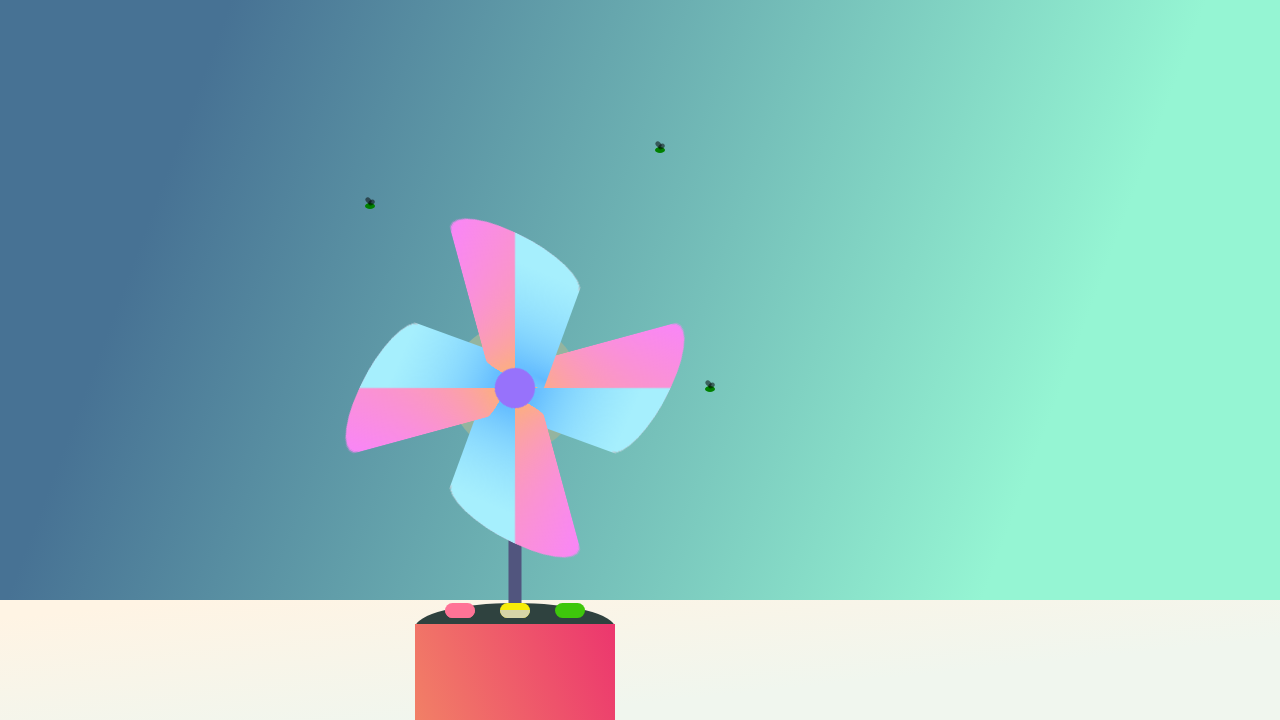
Repository: VuTuanAnh0949/CodeFan
Page: dsd.html
The author's editor kept a copy of each file at every save. The page is drawn from the files as they stood at one save, then again after the next save.
The browser window is 1280 px wide. The pictures show the whole page.

Above is the page before, as saved 2022-06-22 12:50:13.

### dsd.html
<!DOCTYPE html>
<html lang="en">
<head>
    <meta charset="UTF-8">
    <meta http-equiv="X-UA-Compatible" content="IE=edge">
    <meta name="viewport" content="width=device-width, initial-scale=1.0">
    <title>Document</title>
    <link rel="stylesheet" href="style.css">
</head>
<body>
    <audio  autoplay>
        <source src="ChillTikTok.mp3" type="audio/mpeg">
      </audio>
    <div class="windows">
        <div class="window"></div>

    </div>
    <div class="fan">
        <div class="fan__root"> <span class="top"> <label class="green" for="engine"></label> <label class="yellow"
                    for="engine2"></label> <label class="pink" for="jack"></label> </span> <span class="bottom"></span>
        </div>
        <div class="fan__staddle"></div> <input type="checkbox" id="jack" hidden />
        <div class="head">
            <div class="fan__engine"> <span class="center"></span> </div> <input type="checkbox" id="engine" hidden
                checked />
            <div> <span class="fly"></span> <span class="fly"></span> <span class="fly"></span>
                <div class="fan__blades"> <input type="checkbox" id="engine2" hidden checked />
                    <div class="fan__blades">
                        <div class="center"></div>
                        <div class="blade"><span></span></div>
                        <div class="blade"><span></span></div>
                        <div class="blade"><span></span></div>
                        <div class="blade"><span></span></div>
                    </div>
                </div>
            </div>
        </div>
    </div>

</body>
</html>

### style.css
html {
    overflow: hidden;
}

body {
    overflow: hidden;
    margin: 0;
    padding: 0;
    background-image: linear-gradient( 110.5deg,  rgba(71,114,148,1) 14.9%, rgba(149,245,211,1) 77.9% );
    display: flex;
    justify-content: center;
    align-items: center;
    width: 100vw;
    height: 100vh;
    position: relative;
}
audio{
    z-index: 10;
   padding-right:100px;
    margin-right: 40px;
}
body::after {
    position: absolute;
    width: 100%;
    content: "";
    height: calc(100% - 600px);
    z-index: 0;
    background-image: linear-gradient( 174.2deg,  rgba(255,244,228,1) 7.1%, rgba(240,246,238,1) 67.4% );
    bottom: 0;
}
@keyframes spin {
    from {
        transform: rotate(0deg);
    }

    to {
        transform: rotate(360deg);
    }
}

@keyframes off {
    to {
        transform: rotate(380deg);
    }
}

@keyframes off2 {
    to {
        transform: rotate(880deg);
    }
}

@keyframes fly {
    to {
        margin-top: 50px;
    }
}

span {
    display: block;
}

.windows {
    width: 100vw;
    height: 100vh;
    position: absolute;
    z-index: 0;
    top: 0;
    left: 0;
    display: flex;
    align-content: flex-start;
}


.fly {
    transition: 0.5s all cubic-bezier(0.04, 0.06, 0, 1.18), 1s transform;
    width: 10px;
    height: 6px;
    background: green;
    border-radius: 50%;
    position: absolute;
    animation: fly 5s alternate infinite ease-in-out;
}

.fly:nth-of-type(1) {
    top: -78px;
    left: -200px;
}

.fly:nth-of-type(2) {
    transform: translateY(-10px);
    animation-delay: 4s;
    top: 5px;
    right: -250px;
}

.fly:nth-of-type(3) {
    transform: translateY(0px);
    top: 400px;
    animation-delay: 2s;
    right: -400px;
}

.fly::after,
.fly::before {
    content: "";
    position: absolute;
    width: 7px;
    height: 5px;
    background-color: rgba(0, 0, 0, 0.5);
    display: block;
    border-radius: 50%;
}

.fly::before {
    bottom: 4px;
    transform: rotate(325deg);
    left: 3px;
}

.fly::after {
    transform: rotate(45deg);
    bottom: 6px;
}

.fan {
    width: 500px;
    height: 500px;
    position: relative;
    z-index: 1;
    margin-top: 75px;
    perspective: 500px;
    margin-right: 250px;
}

.fan::after {
    content: "";
    display: block;
    position: absolute;
    height: 500px;
    width: 200px;
    background-image: linear-gradient( 68.3deg,  rgba(245,177,97,1) 0.4%, rgba(236,54,110,1) 100.2% );
    top: calc(100% - 24px);
    left: calc(50% - 100px);

}

.fan__root {
    width: 200px;
    position: absolute;
    bottom: 0;
    left: 50%;
    transform: translateX(-50%);
}

.fan__root .top {
    overflow: hidden;
    width: 200px;
    height: 25px;
    position: relative;
}

.fan__root .top::after {
    content: "";
    display: block;
    width: 200px;
    height: 50px;
    background: #2f423f;
    border-radius: 50%;
}

.fan__root .top .green {
    position: absolute;
    width: 30px;
    height: 15px;
    border-radius: 15px;
    display: block;
    right: 30px;
    background: #3EC70B;
    cursor: pointer;
    overflow: hidden;
}

.fan__root .top .yellow {
    position: absolute;
    width: 30px;
    height: 15px;
    border-radius: 15px;
    display: block;
    right: 85px;
    background: #F7EC09;
    cursor: pointer;
    overflow: hidden;
}

.fan__root .top .yellow::after {
    content: "";
    display: block;
    width: 100%;
    height: 50%;
    position: absolute;
    bottom: 0;
    background: #F7EC09;
}

.fan__root .top .yellow::after {
    content: "";
    display: block;
    width: 100%;
    height: 50%;
    position: #F7EC09;
    bottom: 0;
    background: #D6D5A8;
}

.fan__root .top .pink {
    position: absolute;
    cursor: pointer;
    width: 30px;
    height: 15px;
    border-radius: 15px;
    display: block;
    left: 30px;
    background: #FF7396;
    overflow: hidden;
}

.fan__root .top .pink::after {
    content: "";
    display: block;
    width: 100%;
    height: 50%;
    position: absolute;
    bottom: 0;
    background: #FF7396;
}

.fan__root .bottom {
    overflow: hidden;
    width: 500px;
    height: 20px;
}

.fan__root .bottom::after {
    content: "";
    display: block;
    width: 200px;
    height: 40px;
    background: #2f423f;
    border-radius: 18%;
    transform: translateY(-30px);
}

.fan__staddle {
    position: absolute;
    bottom: 45px;
    background: #51557E;
    height: 270px;
    width: 13px;
    left: 50%;
    transform: translateX(-50%);
}

.fan__engine {
    position: absolute;
    bottom: 0px;
    width: 130px;
    height: 130px;
    background: #94B49F;
    border-radius: 50%;
    left: 50%;
    transform: translateX(-50%);
}

.fan__engine::after {
    content: "";
    background: red;
    display: block;
    width: 25px;
    height: 50px;
    position: absolute;
    top: 105px;
    left: 50%;
    transform: translateX(-50%);
    border-radius: 0 0 5px 5px;
}

.fan__blades {
    width: 230px;
    height: 230px;
    position: absolute;
    bottom: -50px;
    transition: 2s;
    transform-origin: center center;
    left: calc(50% - 115px);
    z-index: 1;
    animation: spin infinite 0.38s linear forwards;
}

.fan__blades .fan__blades {
    bottom: 0;
    animation: spin infinite 0.5s linear forwards;
}

.fan__blades .blade {
    position: absolute;
    width: 80px;
    height: 100%;
    left: 50%;
    transform: translateX(-50%) skewY(25deg);
    perspective: 500px;
    transform-style: preserve-3d;
}

.fan__blades .blade:nth-child(2) {
    transform: translateX(-50%) rotate(90deg) skewY(25deg);
}

.fan__blades .blade:nth-child(3) {
    transform: translateX(-50%) rotate(180deg) skewY(25deg);
}

.fan__blades .blade:nth-child(4) {
    transform: translateX(-50%) rotate(270deg) skewY(25deg);
}

.fan__blades .blade span {
    width: 100%;
    height: 200%;
    border-radius: 44px;
    background-image: linear-gradient( 102.4deg,  rgba(253,189,85,1) 7.8%, rgba(249,131,255,1) 100.3% );;
    position: absolute;
    top: -66px;
    display: block;
    transform-style: preserve-3d;
    transform: rotateX(81deg);
    overflow: hidden;
}

.fan__blades .blade span::after {
    width: 50%;
    height: 100%;
    content: "";
    display: block;
    background-image: radial-gradient( circle farthest-corner at 10% 20%,  rgba(97,186,255,1) 0%, rgba(166,239,253,1) 90.1% );
    transform: rotate(0deg);
}

.fan__blades .center {
    position: absolute;
    overflow: hidden;
    width: 40px;
    height: 40px;
    border-radius: 50%;
    left: 50%;
    top: 50%;
    transform: translate(-50%, -50%) rotate(45deg);
    background: #9772FB;
    z-index: 2;
}

.fan__blades .center::after {
    display: block;
    content: "";
    width: 40px;
    height: 20px;
    background: #9772FB;
}

.head {
    transition: 1s transform;
    height: auto;
    width: auto;
    position: absolute;
    width: 300px;
    height: 300px;
    bottom: 195px;
    left: calc(50% - 150px);
    /* transform: translateX(-50%); */
}

#engine:checked+div>div {
    animation: off2 1s ease-out forwards;
}

#engine:checked+div>span:nth-child(1) {
    transition: 5s all ease-in-out, 1s transform;
    left: 0px;
    top: 0px;
}

#engine:checked+div>span:nth-child(2) {
    transition: 5s all ease-in-out, 1s transform;
    right: 0px;
    top: 0px;
}

#engine:checked+div>span:nth-child(3) {
    transition: 7s all ease-in-out, 1s transform;
    right: -50px;
    top: 200px;
}

#engine2:checked+div {
    animation: off 1s ease-out forwards;
}

#jack:checked+div {
    transform: translateY(-115px);
}

#jack:checked+div>div:nth-child(3)>span {
    transform: translateY(115px);
}

After the next save:
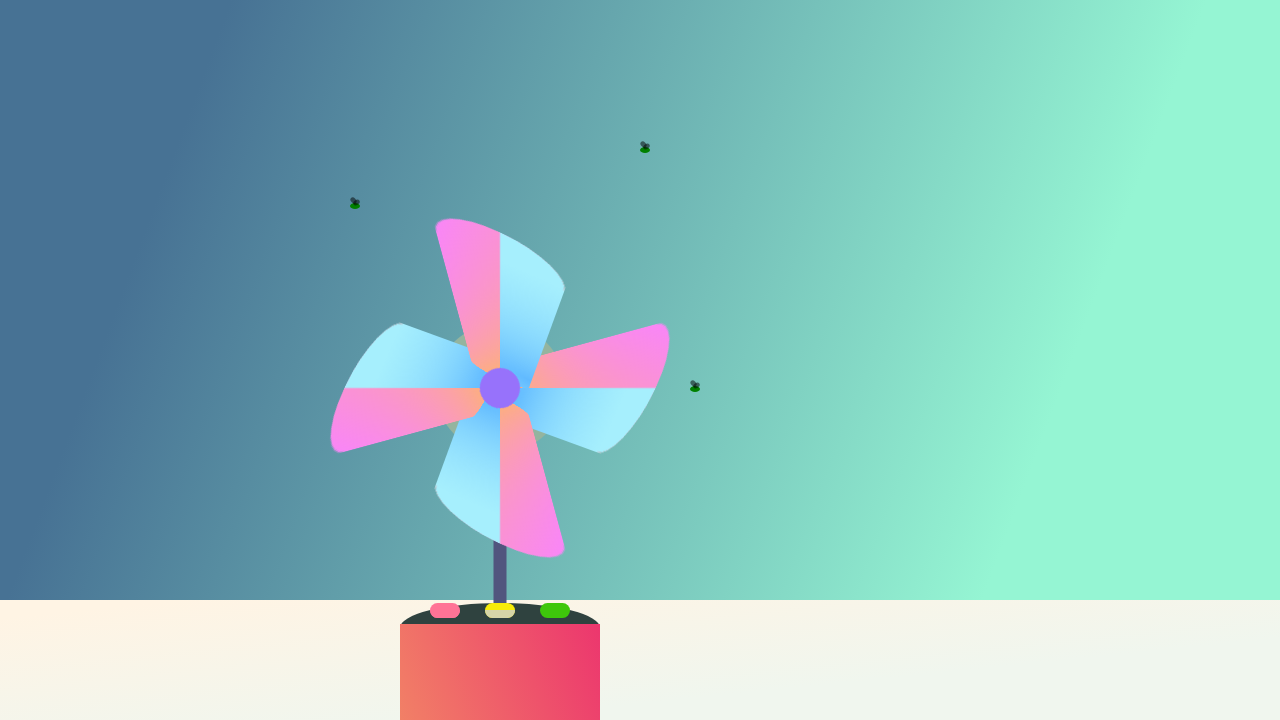
Saved 4 s later.
--- a/style.css
+++ b/style.css
@@ -130,7 +130,7 @@ span {
     z-index: 1;
     margin-top: 75px;
     perspective: 500px;
-    margin-right: 250px;
+    margin-right: 280px;
 }
 
 .fan::after {
